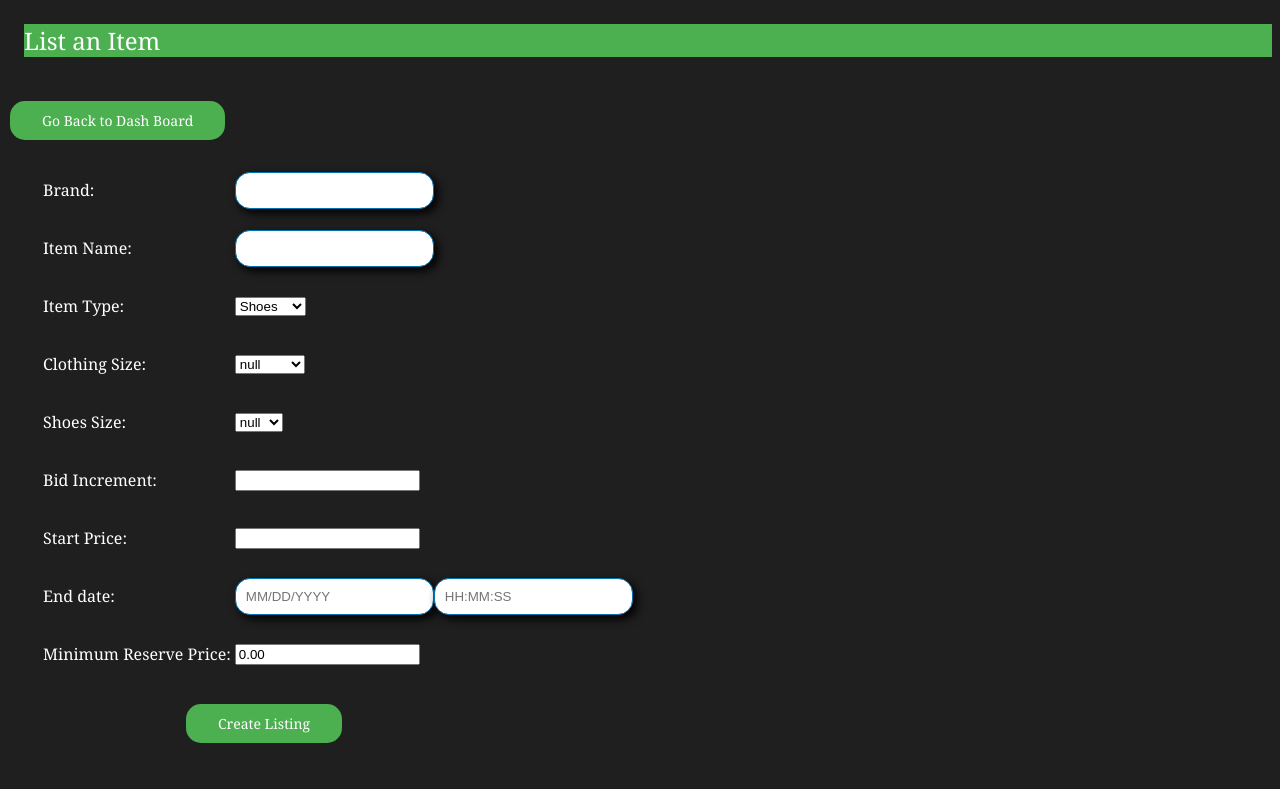
Repository: JephteyAdolphe/auction-system
Page: http://localhost/project/create_watching_alert.jsp
An editor plug-in stored every save of this project. The page is shown before and after the next save, followed by the edit.
The browser window is 1280 px wide. The pictures show the whole page.
The page is served by Tomcat 10. Other server files are loaded and not shown.

Above is the page before, as saved 2021-04-23 06:13:09.

### project/WebContent/create_watching_alert.jsp
<%@ page language="java" contentType="text/html; charset=ISO-8859-1"
    pageEncoding="ISO-8859-1" import="com.cs336.pkg.*"%>
<%@ page import="java.io.*,java.util.*,java.sql.*"%>
<%@ page import="javax.servlet.http.*,javax.servlet.*" %>


<!DOCTYPE html PUBLIC "-//W3C//DTD HTML 4.01 Transitional//EN" "http://www.w3.org/TR/html4/loose.dtd">
<html>
	<head>
		<meta http-equiv="Content-Type" content="text/html; charset=ISO-8859-1">
		<title>BuyMe</title>
		<link rel="stylesheet" href="mystyle.css" type= "text/css">
	</head>

	<body style="background-color:#1F1F1F;">

	<div class="Login">
	<p style="font-family:georgia,garamond,serif;font-size:24px;font-style:bold;color:white;">
         List an Item
      </p>
	</div>

		<form method="get" action="dashboard.jsp"><input type="submit" value="Go Back to Dash Board"></form>

		<form method="post" id="listing_form" action="auctionServlet">
		<div class="inputs">
		<input type="hidden" name="listing_form" value="123">
			<table>
				<tr>
					<td> <p style="font-family:georgia,garamond,serif;font-size:16px;color:white;">
         			Brand:</p> </td> <td><input type="text" name="brand"></td>
				</tr>
				<tr>
				<td> <p style="font-family:georgia,garamond,serif;font-size:16px;color:white;">
         			Item Name:</p> </td> <td><input type="text" name="name"></td>
         		</tr>
				<tr>
					<td><p style="font-family:georgia,garamond,serif;font-size:16px;color:white;">
         			Item Type:</p></td><td>

						<select name="item_type" id="item_type" >
						  <option value="shoes">Shoes</option>
						  <option value="bottoms">Bottoms</option>
						  <option value="tops">Tops</option>
						</select>
					</td>

				</tr>
				<tr>
					<td><p style="font-family:georgia,garamond,serif;font-size:16px;color:white;">
         			Clothing Size:</p></td><td>

						<select name="clothing_size" id="size" >
						<option value="null">null</option>
						  <option value="small">Small</option>
						  <option value="medium">Medium</option>
						  <option value="large">Large</option>
						</select>
					</td>

				</tr>
				<tr>
					<td><p style="font-family:georgia,garamond,serif;font-size:16px;color:white;">
         			Shoes Size:</p></td><td>

						<select name="shoe_size" id="size" >
						<option value="null">null</option>
						  <option value="8">8</option>
						  <option value="8.5">8.5</option>
						  <option value="9">9</option>
						  <option value="9.5">9.5</option>
						  <option value="10">10</option>
						  <option value="10.5">10.5</option>
						  <option value="11">11</option>
						</select>
					</td>

				</tr>
				<tr>
					<td><p style="font-family:georgia,garamond,serif;font-size:16px;color:white;">
         			Bid Increment:</p></td><td><input type="number" min="0.00" step="0.01" name="bid_increment"></td>
				</tr>
				<tr>
					<td> <p style="font-family:georgia,garamond,serif;font-size:16px;color:white;">
         			Start Price:</p> </td> <td><input type="number" min="0.00" step="0.01" name="start_price"></td>
				</tr>
				<tr>
					<td> <p style="font-family:georgia,garamond,serif;font-size:16px;color:white;">
         			End date:</p> </td> <td><input type="text" name="end_date" placeholder="MM/DD/YYYY"><input type="text" name="end_time" placeholder="HH:MM:SS"></td>
				</tr>
				<tr>
					<td><p style="font-family:georgia,garamond,serif;font-size:16px;color:white;">
         			Minimum Reserve Price:</p></td><td><input type="number" min="0.00" step="0.01" value="0.00" name="min_price"></td>
				</tr>
			</table>
			</div>
			<div class="submit">
			<input type="submit" value="Create Listing">
			</div>
		</form>
	<br>

</body>
</html>

### project/WebContent/mystyle.css
.inputs{
	 Margin-left: 2em;
}
.Login{
	Margin-left: 1em;
	background-color: #4CAF50;
}
.submit{
	Margin-left: 11em;
}
input[type=text] {
  width: auto;
   padding:10px;
  border-radius:15px;
  margin: 8px 0;
  display: inline-block;
  border: 1px solid #0073B1;
  box-sizing: border-box;
  box-shadow:4px 4px 10px
}

input[type=submit] {
  background-color: #4CAF50;
  border: none;
  color: white;
  padding: 10px 32px;
  font-family:georgia,garamond,serif;
  text-decoration: none;
    margin: 20px 2px;
    border-radius:15px;
  font-size:14px;
  cursor: pointer;
}

input[type=submit]:hover {
  background-color: #74E46C;
}

After the next save:
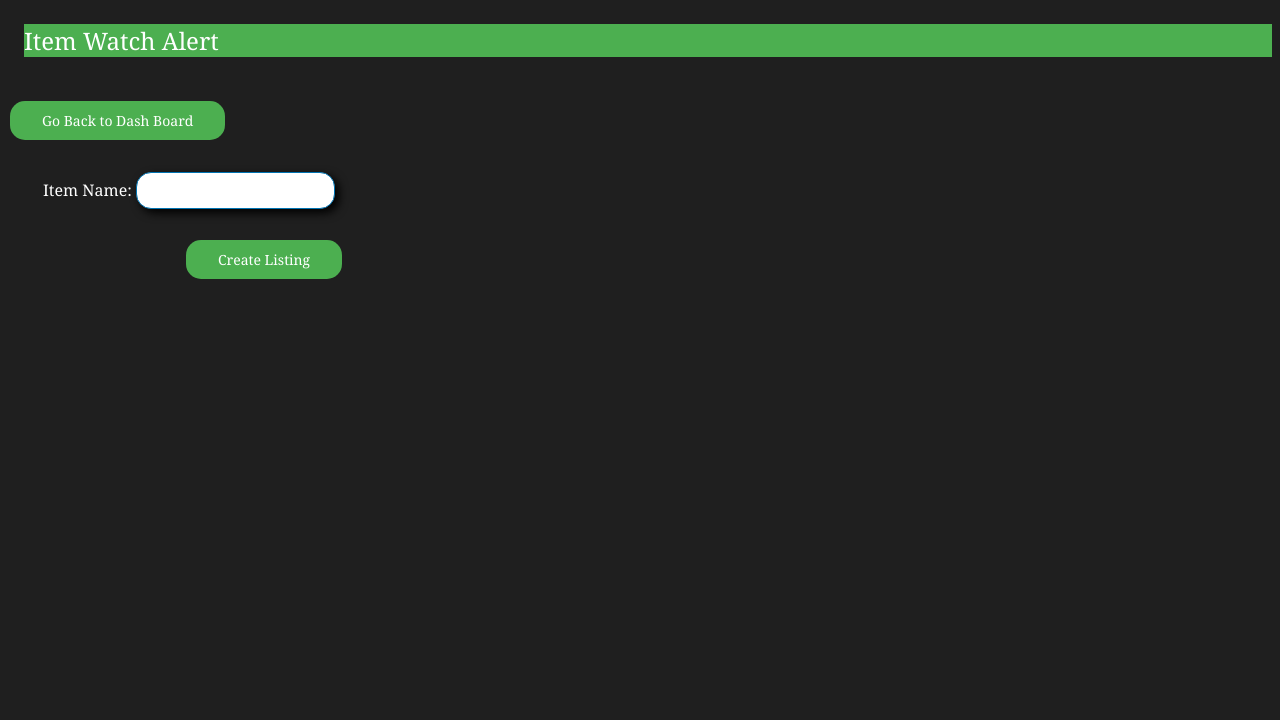
Saved 53 s later.
--- a/project/WebContent/create_watching_alert.jsp
+++ b/project/WebContent/create_watching_alert.jsp
@@ -16,7 +16,7 @@
 
 	<div class="Login">
 	<p style="font-family:georgia,garamond,serif;font-size:24px;font-style:bold;color:white;">
-         List an Item
+         Item Watch Alert
       </p>
 	</div>
 
@@ -28,69 +28,7 @@
 			<table>
 				<tr>
 					<td> <p style="font-family:georgia,garamond,serif;font-size:16px;color:white;">
-         			Brand:</p> </td> <td><input type="text" name="brand"></td>
-				</tr>
-				<tr>
-				<td> <p style="font-family:georgia,garamond,serif;font-size:16px;color:white;">
-         			Item Name:</p> </td> <td><input type="text" name="name"></td>
-         		</tr>
-				<tr>
-					<td><p style="font-family:georgia,garamond,serif;font-size:16px;color:white;">
-         			Item Type:</p></td><td>
-
-						<select name="item_type" id="item_type" >
-						  <option value="shoes">Shoes</option>
-						  <option value="bottoms">Bottoms</option>
-						  <option value="tops">Tops</option>
-						</select>
-					</td>
-
-				</tr>
-				<tr>
-					<td><p style="font-family:georgia,garamond,serif;font-size:16px;color:white;">
-         			Clothing Size:</p></td><td>
-
-						<select name="clothing_size" id="size" >
-						<option value="null">null</option>
-						  <option value="small">Small</option>
-						  <option value="medium">Medium</option>
-						  <option value="large">Large</option>
-						</select>
-					</td>
-
-				</tr>
-				<tr>
-					<td><p style="font-family:georgia,garamond,serif;font-size:16px;color:white;">
-         			Shoes Size:</p></td><td>
-
-						<select name="shoe_size" id="size" >
-						<option value="null">null</option>
-						  <option value="8">8</option>
-						  <option value="8.5">8.5</option>
-						  <option value="9">9</option>
-						  <option value="9.5">9.5</option>
-						  <option value="10">10</option>
-						  <option value="10.5">10.5</option>
-						  <option value="11">11</option>
-						</select>
-					</td>
-
-				</tr>
-				<tr>
-					<td><p style="font-family:georgia,garamond,serif;font-size:16px;color:white;">
-         			Bid Increment:</p></td><td><input type="number" min="0.00" step="0.01" name="bid_increment"></td>
-				</tr>
-				<tr>
-					<td> <p style="font-family:georgia,garamond,serif;font-size:16px;color:white;">
-         			Start Price:</p> </td> <td><input type="number" min="0.00" step="0.01" name="start_price"></td>
-				</tr>
-				<tr>
-					<td> <p style="font-family:georgia,garamond,serif;font-size:16px;color:white;">
-         			End date:</p> </td> <td><input type="text" name="end_date" placeholder="MM/DD/YYYY"><input type="text" name="end_time" placeholder="HH:MM:SS"></td>
-				</tr>
-				<tr>
-					<td><p style="font-family:georgia,garamond,serif;font-size:16px;color:white;">
-         			Minimum Reserve Price:</p></td><td><input type="number" min="0.00" step="0.01" value="0.00" name="min_price"></td>
+         			Item Name:</p> </td> <td><input type="text" name="item_name"></td>
 				</tr>
 			</table>
 			</div>
